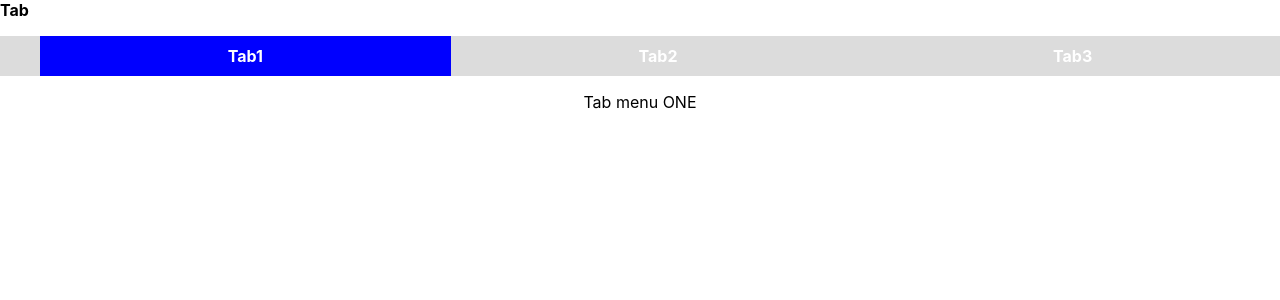
Repository: janghwahyun/wanted_pre_onboarding
Page: /Tab
The author's editor kept a copy of each file at every save. The page is drawn from the files as they stood at one save, then again after a run of saves.
The browser window is 1280 px wide. The pictures show the whole page.
The project was rebuilt for these pictures with package versions that can differ from the ones it lists, and the page was loaded fresh each time. Also part of the build but not shown: src/component/ClickToEdit.js, src/component/AutoComplete.js, src/component/Modal.js, src/component/Tag.js, src/component/Toggle.js.

Above is the page before, as saved 2022-02-11 14:08:46.

### src/App.js
import ClickToEdit from './component/ClickToEdit';
import AutoComplete from './component/AutoComplete';
import Modal from './component/Modal';
import Tab from './component/Tab';
import Tag from './component/Tag';
import Toggle from './component/Toggle';

import './App.css';
import { BrowserRouter, Routes, Route } from 'react-router-dom';

function App() {
  return (
    <BrowserRouter>
      <Routes>
        <Route path="/" element={<App />} />
        <Route path="/ClickToEdit" element={<ClickToEdit />} />
        <Route path="/AutoComplete" element={<AutoComplete />} />
        <Route path="/Modal" element={<Modal />} />
        <Route path="/Tab" element={<Tab />} />
        <Route path="/Tag" element={<Tag />} />
        <Route path="/Toggle" element={<Toggle />} />
      </Routes>
    </BrowserRouter>
  );
}

export default App;

### src/component/Tab.js
import { useState, useRef } from 'react';
import styled from 'styled-components';

const Tab = () => {
  const menuArr = [
    { name: 'Tab1', value: 'Tab menu ONE' },
    { name: 'Tab2', value: 'Tab menu TWO' },
    { name: 'Tab3', value: 'Tab menu THREE' },
  ];
  const [currentTab, setCurrentTab] = useState(0);

  const selectMenuHandler = index => {
    console.log(index);
    setCurrentTab(index);
  };

  return (
    <>
      <strong>Tab</strong>
      <div>
        <TabMenu>
          {menuArr.map((el, index) => {
            return (
              <li key={index} className={`${index === currentTab ? 'submenu focused' : 'submenu'}`} onClick={() => selectMenuHandler(index)}>
                {el.name}
              </li>
            );
          })}
        </TabMenu>
        <Desc>
          <p>{menuArr[currentTab].value}</p>
        </Desc>
      </div>
    </>
  );
};

const TabMenu = styled.ul`
  background-color: #dcdcdc;
  color: white;
  font-weight: bold;
  display: flex;
  flex-direction: row;
  justify-items: center;
  align-items: center;
  list-style: none;
  /* margin-bottom: 7rem; */
  height: 40px;

  .submenu {
    display: flex;
    justify-content: center;
    flex-grow: 1;
    cursor: pointer;
  }

  .focused {
    background-color: blue;
    color: white;
    height: 100%;
    display: flex;
    align-items: center;
    transition: 1s;
  }

  & div.desc {
    text-align: center;
  }
`;

const Desc = styled.div`
  text-align: center;
`;

export default Tab;

### src/App.css
* {
  box-sizing: border-box;
}

.App {
  width: 100%;
  height: 100vh;
  display: flex;
  justify-content: center;
  align-items: center;
}

Loaded but not shown: public/index.html (common file); src/index.js (common file); src/index.css (common file); src/reportWebVitals.js (common file)

After the next 3 saves:
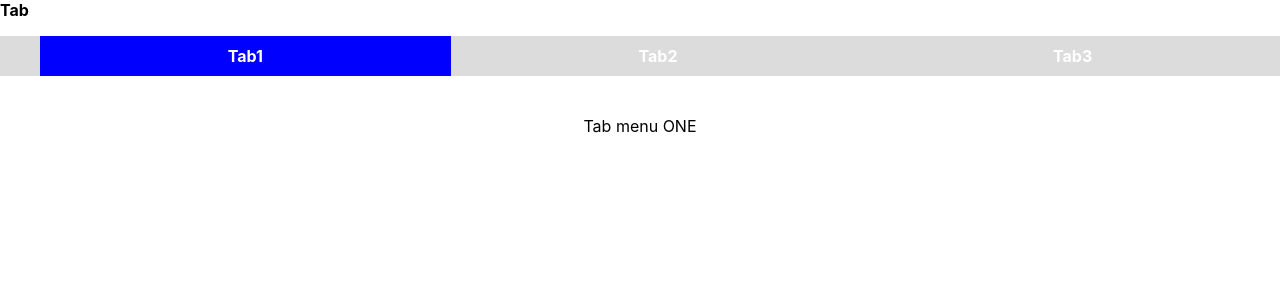
The 3 saves are shown as one change because they came seconds apart.
The last was saved 16 s later.
--- a/src/component/Tab.js
+++ b/src/component/Tab.js
@@ -44,7 +44,7 @@ const TabMenu = styled.ul`
   justify-items: center;
   align-items: center;
   list-style: none;
-  /* margin-bottom: 7rem; */
+  margin-bottom: 40px;
   height: 40px;
 
   .submenu {
